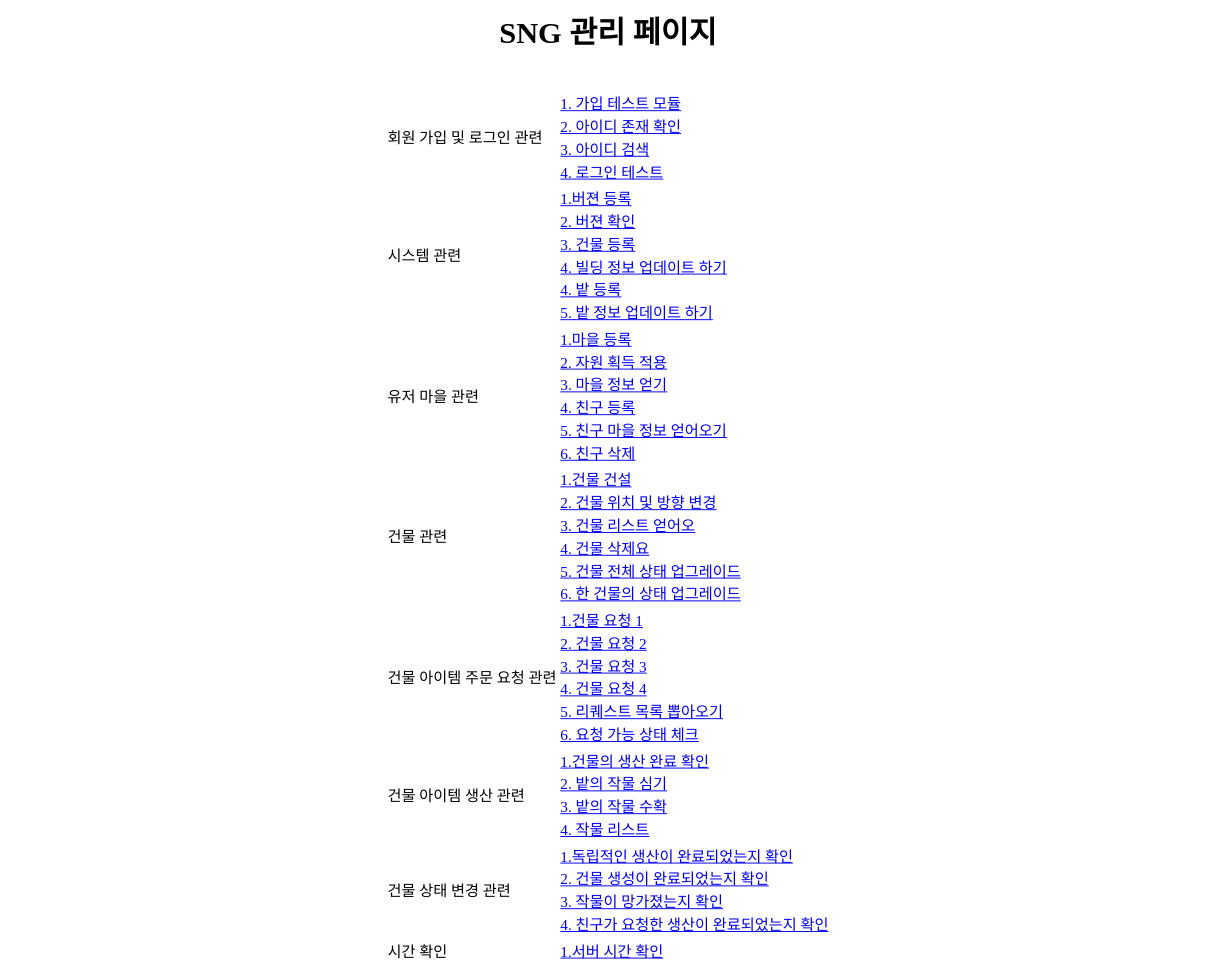
Repository: swmaestro/MobileSNG
Page: Programming/server/SNGTestModule/war/index.html
The author's editor kept a copy of each file at every save. The page is drawn from the files as they stood at one save, then again after the next save.
The browser window is 1280 px wide. The pictures show the whole page, at 95% of full size.

Above is the page before, as saved 2012-09-03 19:52:45.

After the next save:
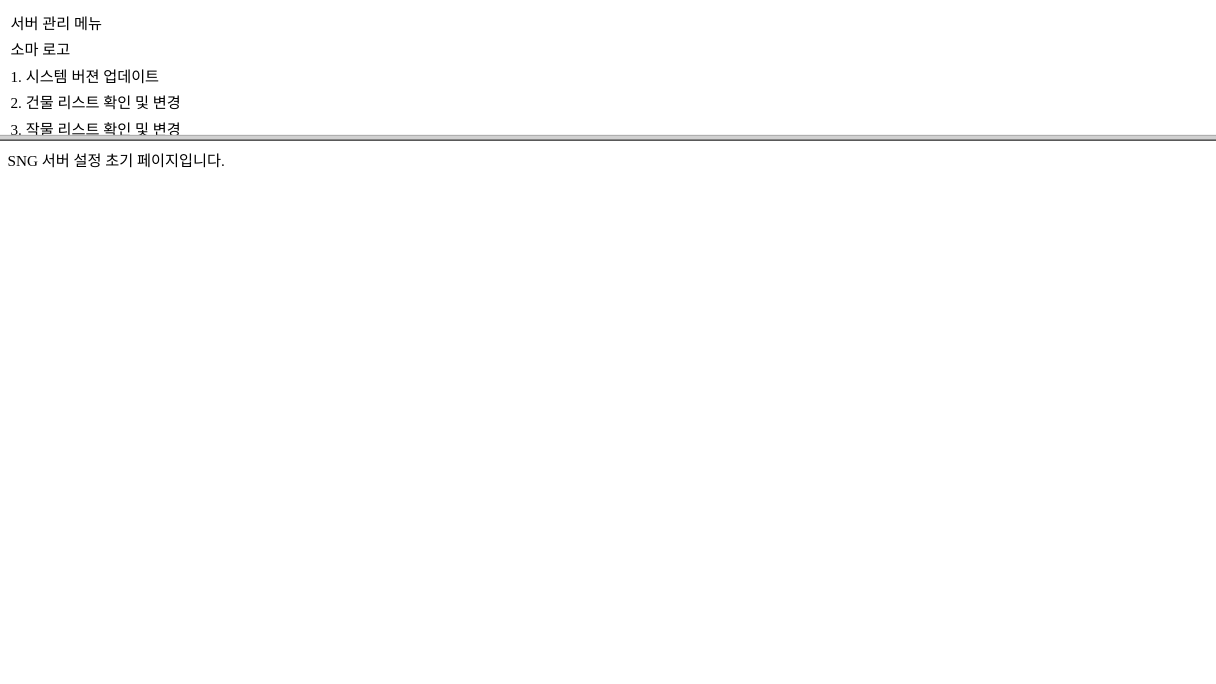
Saved 5 s later.
--- a/Programming/server/SNGTestModule/war/index.html
+++ b/Programming/server/SNGTestModule/war/index.html
@@ -1,102 +1,9 @@
-<!DOCTYPE HTML PUBLIC "-//W3C//DTD HTML 4.01 Transitional//EN">
-<!-- The HTML 4.01 Transitional DOCTYPE declaration-->
-<!-- above set at the top of the file will set     -->
-<!-- the browser's rendering engine into           -->
-<!-- "Quirks Mode". Replacing this declaration     -->
-<!-- with a "Standards Mode" doctype is supported, -->
-<!-- but may lead to some differences in layout.   -->
-
-<html>
-  <head>
-    <meta http-equiv="content-type" content="text/html; charset=UTF-8">
-    <title>Hello App Engine</title>
-  </head>
-
-  <body>
-    <center><h1>SNG 관리 페이지 </h1>
-	<br>
-	<table>
-		<tr>
-			<td>회원 가입 및 로그인 관련</td>
-			<td>
-				<a href = "memberControl/MemberRegister.html">1. 가입 테스트 모듈</a>   <br>
-				<a href ="memberControl/UserIdSearch.html">2. 아이디 존재 확인 </a> <br>
-				<a href ="memberControl/search.html">3. 아이디 검색 </a><br>
-				<a href ="memberControl/Login.html">4. 로그인 테스트 </a><br>
-			</td>
-		</tr>
-		<tr>
-			<td>시스템 관련</td>
-			<td>
-				<a href="SystemControl/SystemRegister.html">1.버젼 등록</a><br>
-				<a href="SystemControl/SystemVersionChk.html"> 2. 버젼 확인 </a><br>
-				<a href="SystemControl/BuildingInputStream.html"> 3. 건물 등록  </a><br>
-				<a href="SystemControl/BuildingUpdate.html"> 4. 빌딩 정보 업데이트 하기   </a><br>
-				<a href="SystemControl/CropInfoInputStream.html"> 4. 밭 등록  </a><br>
-				<a href="SystemControl/CropUpdate.html"> 5. 밭 정보 업데이트 하기   </a><br>
-			</td>
-		</tr>
-		<tr>
-			<td>유저 마을 관련</td>
-			<td>
-				<a href="VillageControl/VillageRegister.html">1.마을 등록</a><br>
-				<a href="VillageControl/VillageUpdate.html"> 2. 자원 획득 적용 </a><br>
-				<a href="VillageControl/VillageInfoGetter.html"> 3. 마을 정보 얻기   </a><br>
-				<a href="VillageControl/FriendConect.html"> 4. 친구 등록   </a><br>
-				<a href="VillageControl/FriendInfo.html"> 5. 친구 마을 정보 얻어오기 </a><br>
-				<a href="VillageControl/FriendDelete.html"> 6. 친구 삭제   </a><br>
-			</td>
-		</tr>
-		<tr>
-			<td>건물 관련</td>
-			<td>
-				<a href="VBControl/VBInsert.html">1.건물 건설</a><br>
-				<a href="VBControl/VBLocationChanger.html"> 2. 건물 위치 및 방향 변경 </a><br>
-				<a href="VBControl/VBInfoList.html"> 3. 건물 리스트 얻어오 </a><br>
-				<a href="VBControl/VBDelete.html"> 4. 건물 삭제요  </a><br>
-				<a href="VBControl/VBStateUpdate.html"> 5. 건물 전체 상태 업그레이드 </a><br>
-				<a href="VBControl/VBOneStateUpdate.html"> 6. 한 건물의 상태 업그레이드 </a><br>
-			</td>
-		</tr>
-		<tr>
-			<td>건물 아이템 주문 요청 관련</td>
-			<td>
-				<a href="BuildingRequest/BuildingRequest_1.html">1.건물 요청 1</a><br>
-				<a href="BuildingRequest/BuildingRequest_2.html"> 2. 건물 요청 2 </a><br>
-				<a href="BuildingRequest/BuildingRequest_3.html"> 3. 건물 요청 3 </a><br>
-				<a href="BuildingRequest/BuildingRequest_4.html"> 4. 건물 요청 4  </a><br>
-				<a href="BuildingRequest/RequestListData.html"> 5. 리퀘스트 목록 뽑아오기 </a><br>
-				<a href="BuildingRequest/IsRequest.html"> 6. 요청 가능 상태 체크 </a><br>
-			</td>
-		</tr>
-		<tr>
-			<td>건물 아이템 생산 관련</td>
-			<td>
-				<a href="AloneRequest/BuildingAloneRequestEnd.html">1.건물의 생산 완료 확인</a><br>
-				<a href="AloneRequest/CropRequest.html"> 2. 밭의 작물 심기</a><br>
-				<a href="AloneRequest/CropRequestEnd.html"> 3. 밭의 작물 수확 </a><br>
-				<a href="AloneRequest/CropList.html"> 4. 작물 리스트  </a><br>
-			</td>
-		</tr>
-
-		<tr>
-			<td>건물 상태 변경 관련</td>
-			<td>
-				<a href="StateUpdate/AloneRequestPEnd.html">1.독립적인 생산이 완료되었는지 확인</a><br>
-				<a href="StateUpdate/BBuildComplete.html"> 2. 건물 생성이 완료되었는지 확인</a><br>
-				<a href="StateUpdate/CropFailChecker.html"> 3. 작물이 망가졌는지 확인 </a><br>
-				<a href="StateUpdate/FriendRequestEnd.html"> 4. 친구가 요청한 생산이 완료되었는지 확인  </a><br>
-			</td>
-		</tr>
-
-		<tr>
-			<td>시간 확인</td>
-			<td>
-				<a href="timeprint">1.서버 시간 확인</a><br>
-			</td>
-		</tr>
-	</table>
-</center>
-
-  </body>
-</html>
+<HTML>
+<HEAD>
+<TITLE>서버 관리 화면 </TITLE>
+</HEAD>
+<FRAMESET ROWS="20%,80%">
+<FRAME SRC="ServerControlPage/ServerMenuList.html">
+<FRAME SRC="ServerControlPage/ServerStartMainView.html">
+</FRAMESET>
+</HTML>
